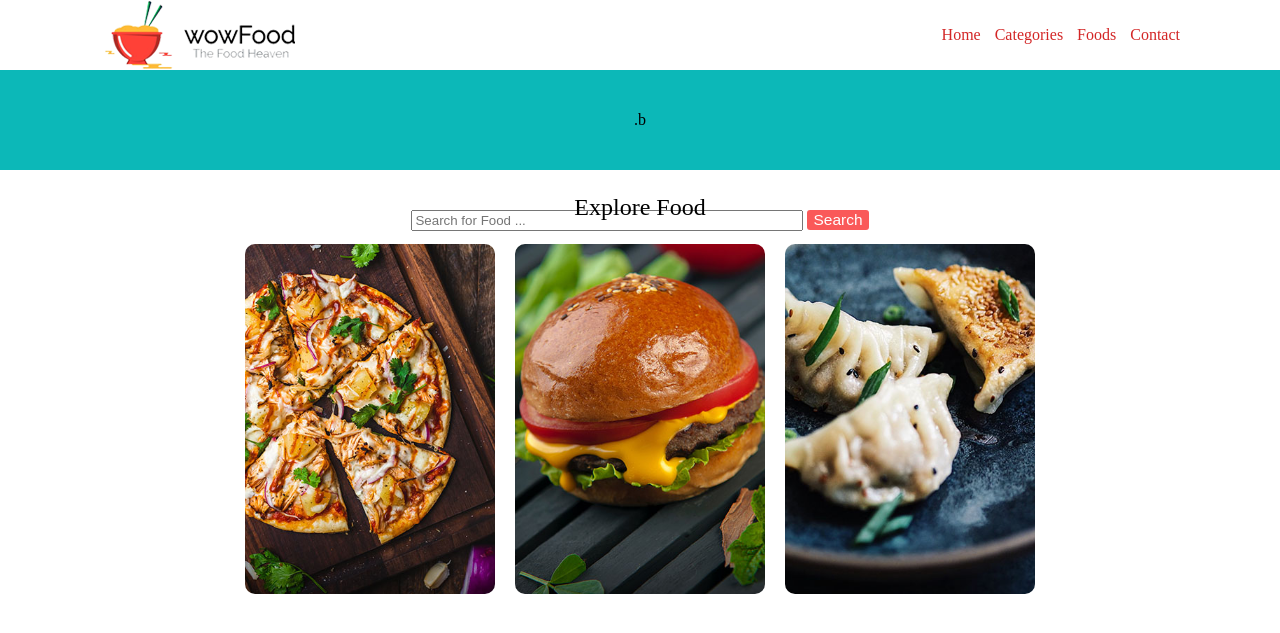
Repository: ruaruababa/WowFood
Page: index.html
An editor plug-in stored every save of this project. The page is shown before and after the next save, followed by the edit.
The browser window is 1280 px wide. The pictures show the whole page.

Above is the page before, as saved 2021-09-17 21:38:39.

### index.html
<!DOCTYPE html>
<html lang="en">
<head>
    <meta charset="UTF-8">
    <meta http-equiv="X-UA-Compatible" content="IE=edge">
    <meta name="viewport" content="width=device-width, initial-scale=1.0">
    <title>Document</title>
    <link rel="stylesheet" href="./style.css">
    <link rel="stylesheet" href="./reset.css">
</head>
<body>
    <header>
        <div class="container-header">
            <div class="header-left">
                <img src="./img/logo.png" alt="">
            </div>
            <div class="header-right">
                <ul class="nav">
                    <li class="item"><a href="">Home</a></li>
                    <li class="item"><a href="">Categories</a></li>
                    <li class="item"><a href="">Foods</a></li>
                    <li class="item"><a href="">Contact</a></li>
                </ul>
            </div>
        </div>
    </header>
    <nav>
        <div class="container-nav">
            .b
            <div class="form">
                <input type="text" placeholder="Search for Food ..." class="input-search">
                <input type="button" value="Search" class="btn-search">
            </div>
        </div>
    </nav>
    <section>
        <div class="container-section">
            <div class="explore-food">Explore Food</div>
            <div class="collection-food">
                <ul class="list-food">
                    <li class="item"><img src="./img/pizza.jpg" alt=""></li>
                    <li class="item"><img src="./img/burger.jpg" alt=""></li>
                    <li class="item"><img src="./img/momo.jpg" alt=""></li>
                </ul>
            </div>
        </div>
    </section>
</body>
</html>

### style.css
.container-header{
    display: flex;
    justify-content: space-between;
    align-items: center;
}
.header-left{
    display: flex;
    margin-left: 100px;
}
.name-brand{
    margin-top: 50%;
}

.header-right{
    margin-right: 100px;
}
.nav{
    list-style: none;
}
.nav li{
    display: inline;
    padding-left: 10px;
}
.nav li a {
    text-decoration: none;
    color: rgb(211, 38, 38);
}

.container-nav {
    background-color: rgb(12, 184, 184);
    text-align: center;
    height: 100px;
    line-height: 100px;
}
.input-search{
    width: 30%;
}
.btn-search{
    background-color: rgba(250, 59, 59, 0.849);
    border: none;
    border-radius: 3px;
    font-size: 15.5px;
    color: white;
}
.list-food{
    display: flex;
    justify-content: center;
    column-gap: 20px;
}
.explore-food{
    font-size: 24px;
    text-align: center;
    padding: 25px 0;
}
.list-food li {
    width: 250px;
    height: 350px;
}

.list-food li img {
    width: 100%;
    height: 100%;
    object-fit: cover;
    border-radius: 10px;
}

Loaded but not shown: reset.css (common file)

After the next save:
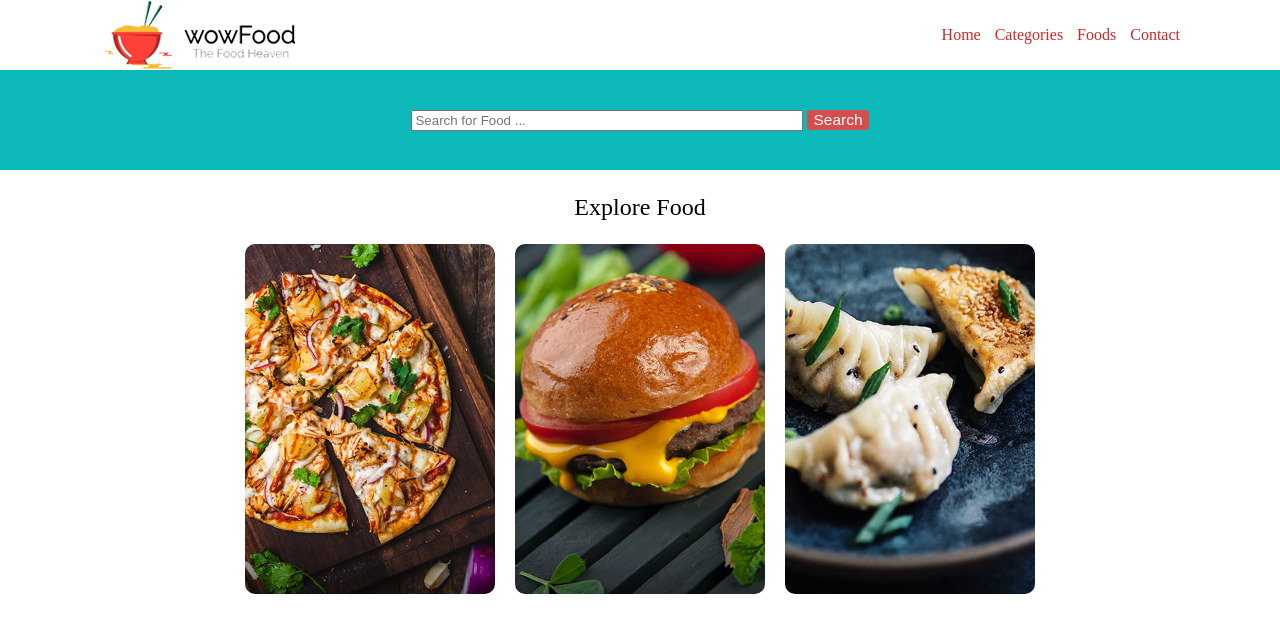
Saved 11 s later.
--- a/index.html
+++ b/index.html
@@ -26,7 +26,6 @@
     </header>
     <nav>
         <div class="container-nav">
-            .b
             <div class="form">
                 <input type="text" placeholder="Search for Food ..." class="input-search">
                 <input type="button" value="Search" class="btn-search">
